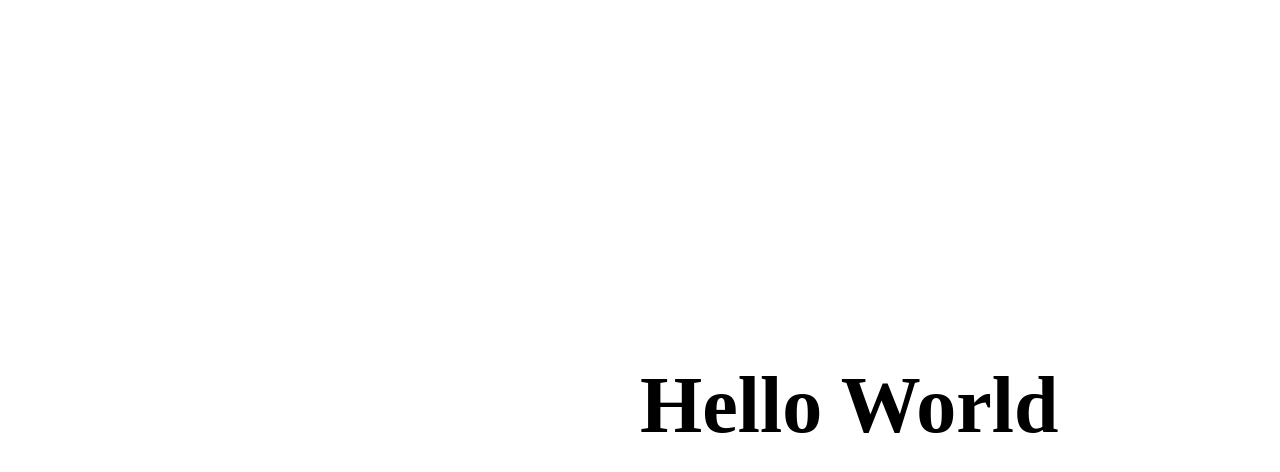
Repository: sarahlochhead/css-demo
Page: index.html
An editor plug-in stored every save of this project. The page is shown before and after a run of saves, followed by the edit.
The browser window is 1280 px wide. The pictures show the whole page.

Above is the page before, as saved 2023-04-28 12:18:50.

After the next 2 saves:
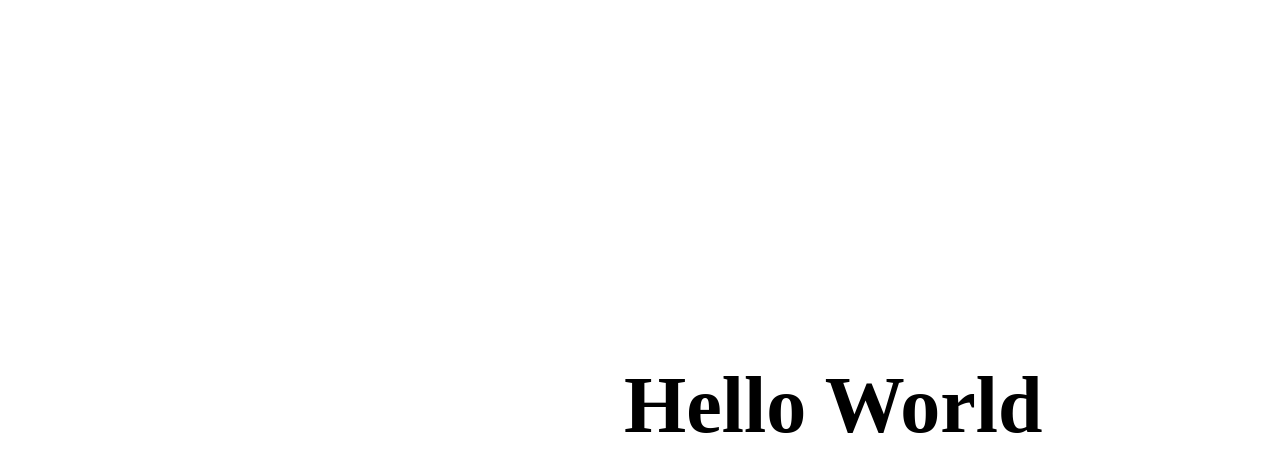
The 2 saves are shown as one change because they came seconds apart.
The last was saved 5 s later.
--- a/styles.css
+++ b/styles.css
@@ -13,9 +13,10 @@ h1 {
     margin: 0 auto;
 }
 
-svg .small {
+.small {
     height: 2rem;
     width: 2rem;
 
 
+
 }
